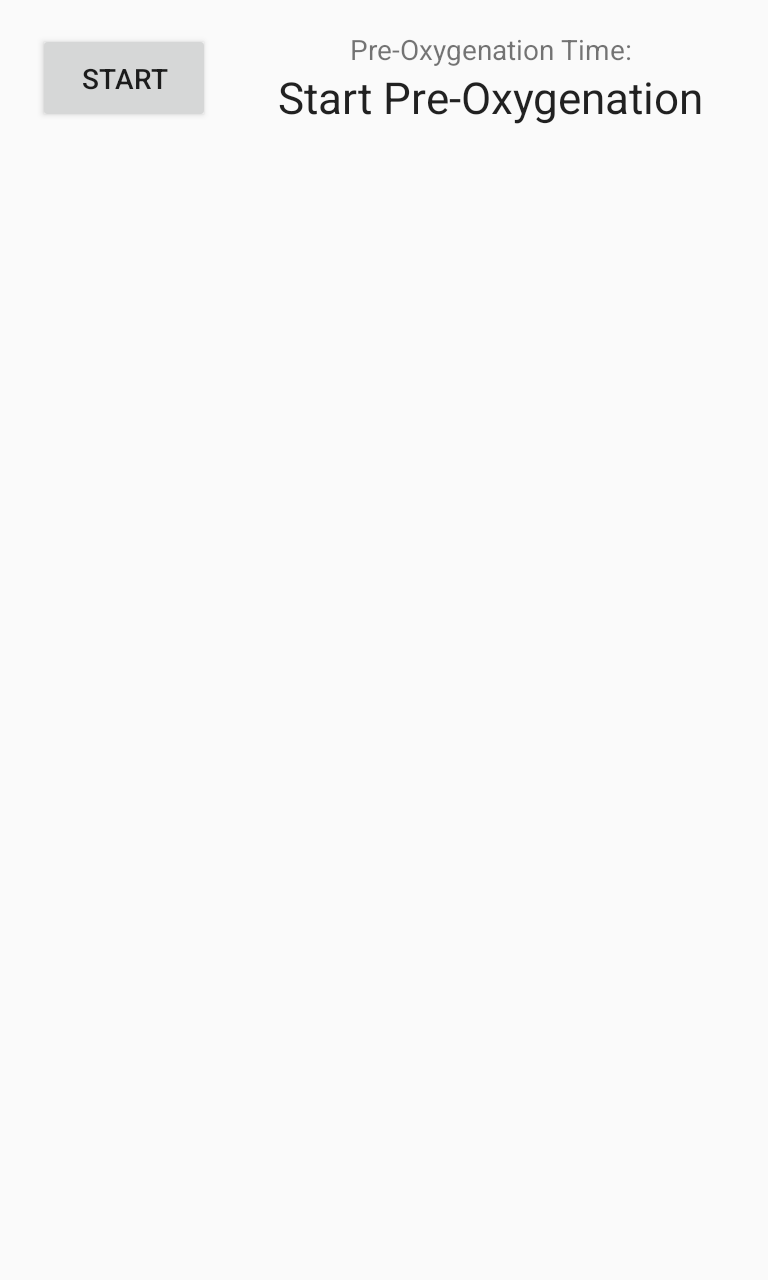
Repository: bentaylor42/RSIReady
Layout: RSIReady/res/layout/fragment_preo2_clock.xml
These files come from the project's save history. The layout is drawn as it stood at one moment and after the next save; the edit follows.
It is drawn on a 768 x 1280 px phone screen (xhdpi) without system bars, with theme AppTheme; the app's code is not run.

Above is the layout before, as saved 2014-08-10 14:25:32.

### RSIReady/res/layout/fragment_preo2_clock.xml
<?xml version="1.0" encoding="utf-8"?>
<RelativeLayout xmlns:android="http://schemas.android.com/apk/res/android"
    android:layout_width="match_parent"
    android:layout_height="120dp" >

    <Button
        android:id="@+id/button1"
        android:layout_width="wrap_content"
        android:layout_height="wrap_content"
        android:layout_alignParentLeft="true"
        android:layout_alignParentTop="true"
        android:layout_marginLeft="18dp"
        android:layout_marginTop="15dp"
        android:text="@string/start" />

    <TextView
        android:id="@+id/textView1"
        android:layout_width="wrap_content"
        android:layout_height="wrap_content"
        android:layout_alignLeft="@dimen/activity_horizontal_margin"
        android:layout_alignParentRight="true"
        android:layout_alignTop="@+id/button1"
        android:layout_centerVertical="true"
        android:layout_toRightOf="@+id/button1"
        android:gravity="center"
        android:text="@string/preo2_header" />

    <TextView
        android:id="@+id/textView2"
        android:layout_width="wrap_content"
        android:layout_height="wrap_content"
        android:layout_alignBottom="@+id/button1"
        android:layout_alignLeft="@+id/textView1"
        android:layout_alignParentRight="true"
        android:gravity="center"
        android:text="@string/click_start_preo2"
        android:textAppearance="?android:attr/textAppearanceLarge" />

</RelativeLayout>

### RSIReady/res/values/styles.xml
<resources>

    <!--
        Base application theme, dependent on API level. This theme is replaced
        by AppBaseTheme from res/values-vXX/styles.xml on newer devices.
    -->
    <style name="AppBaseTheme" parent="Theme.AppCompat.Light">
        <!--
            Theme customizations available in newer API levels can go in
            res/values-vXX/styles.xml, while customizations related to
            backward-compatibility can go here.
        -->
    </style>

    <!-- Application theme. -->
    <style name="AppTheme" parent="AppBaseTheme">
        <!-- All customizations that are NOT specific to a particular API-level can go here. -->
    </style>


</resources>

### RSIReady/res/values/strings.xml
<?xml version="1.0" encoding="utf-8"?>
<resources>

    <string name="app_name">RSI Ready</string>
    <string name="Copyright_2014">\u00A9 RSI Ready 2014.  All Rights Reserved</string>
    <string name="Copyright_After_2014">\u00A9 RSI Ready 2014-%1$d.  All Rights Reserved</string>
    <string name="Emergency">Emergency</string>
    <string name="EmergencyMenu">Emergency Menu</string>
    <string name="Home">Home</string>
    <string name="Mission_Statement">Making Emergency Anesthesia Safer</string>
    <string name="phemModeString">Pre-Hospital Mode:</string>
    <string name="rsiNow">RSI Now</string>
    <string name="Settings">Settings</string>
    <string name="SettingsMenu">Settings Menu</string>
    <string name="TabIndications">Indications</string>
    <string name="TabDrugs">Drugs</string>
    <string name="TabEquipment">Equipment</string>
    <string name="TabTeam">Team</string>
    <string name="TabFinal">Final</string>
    <string name="UsefulTools">Useful Tools</string>
    <string name="Version">Version: </string>

    <string name="title_activity_example">Example</string>
    <string name="hello_world">Hello world!</string>
    <string name="action_settings">Settings</string>
    <string name="start">Start</string>
    <string name="preo2_header">Pre-Oxygenation Time:</string>
    <string name="stop">Stop</string>
    <string name="click_start_preo2">Start Pre-Oxygenation</string>


</resources>

### RSIReady/res/values/dimens.xml
<resources>

    <!-- Default screen margins, per the Android Design guidelines. -->
    <dimen name="activity_horizontal_margin">16dp</dimen>
    <dimen name="activity_vertical_margin">16dp</dimen>

    <dimen name="text_size_small">12sp</dimen>

</resources>

Loaded but not shown: RSIReady/res/values-v11/styles.xml (common file); RSIReady/res/values-v14/styles.xml (common file); RSIReady/res/values-w820dp/dimens.xml (common file)

After the next save:
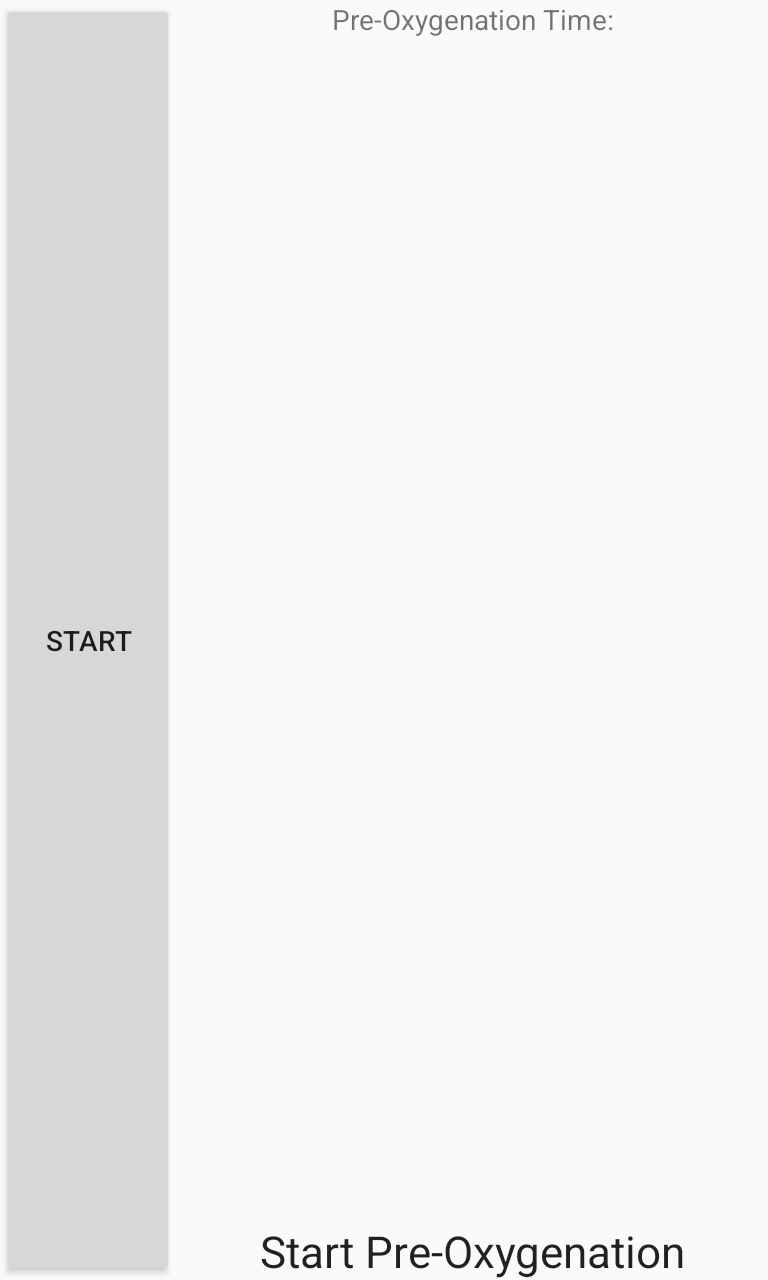
Saved 57 s later.
--- a/RSIReady/res/layout/fragment_preo2_clock.xml
+++ b/RSIReady/res/layout/fragment_preo2_clock.xml
@@ -9,8 +9,7 @@
         android:layout_height="wrap_content"
         android:layout_alignParentLeft="true"
         android:layout_alignParentTop="true"
-        android:layout_marginLeft="18dp"
-        android:layout_marginTop="15dp"
+        android:layout_alignParentBottom="true"
         android:text="@string/start" />
 
     <TextView
